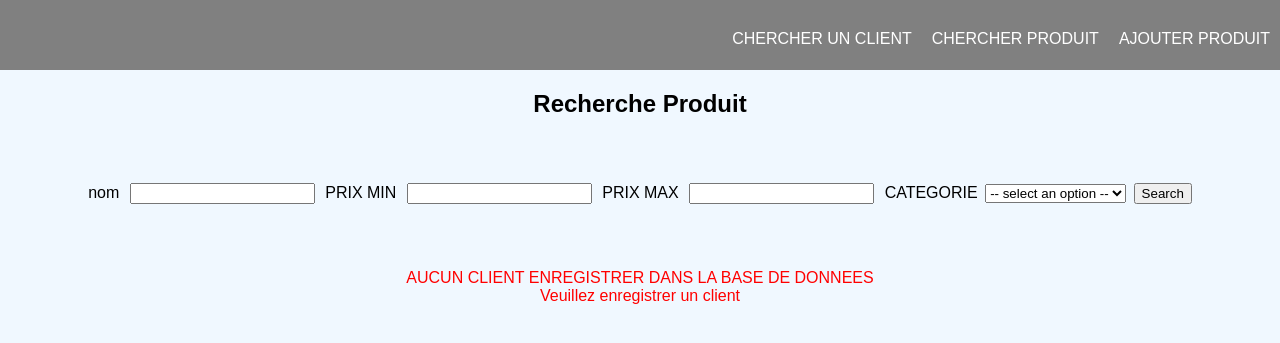
Repository: ahthionkevin/first-ecommerce-website
Page: http://localhost/listProduct.php
An editor plug-in stored every save of this project. The page is shown before and after the next save, followed by the edit.
The browser window is 1280 px wide. The pictures show the whole page.
The page is run by PHP 8.4 with error messages shown; the project is at /var/www/html/. Queries for data that is not in the repository find no rows.

Above is the page before, as saved 2021-06-16 09:18:59.

### Cote_Serveur/listProduct.php
<!DOCTYPE html>
<html lang="en">
<head>
    <meta charset="UTF-8">
    <meta http-equiv="X-UA-Compatible" content="IE=edge">
    <meta name="viewport" content="wnomth=device-wnomth, initial-scale=1.0">
    <link rel="stylesheet" href="style1.css">
    <title>Document</title>
</head>
<body>
    <?php
        require("header.php");
    ?>

    <h2>Recherche Produit</h2>
    <form action="indexProduct.php" method="post">
        <label for="nom">nom</label>
        <input type="text" name="nom" id="nom">

        <label for="min">PRIX MIN</label>
        <input type="text" name="min" id="min">

        <label for="max">PRIX MAX</label>
        <input type="text" name="max" id="max">

        <label for="categorie">CATEGORIE</label>
        <select name="categorie" id="catgorie">
            <option disabled selected value> -- select an option -- </option>
            <option value="ordinateur">ordinateur</option>
            <option value="telephone">telephone</option>
            <option value="divers">divers</option>
        </select>

        <input type="submit" value="Search" name="search">
    </form>

    <?php
        if(isset($_POST['search']))
        {
            define("MYHOST","localhost");
            define("MYUSER","root");
            define("MYPASS","");
            $db="magasin";

            $nomcom=@mysqli_connect(MYHOST,MYUSER,MYPASS,$db);

            if(isset($_POST['nom']) && !empty($_POST['nom']))
            {

                if(isset($_POST['min']) && !empty($_POST['min']))
                {

                    if(isset($_POST['max']) && !empty($_POST['max']))
                    {
                        if(isset($_POST['categorie']) && !empty($_POST['categorie']))
                        {
                            $nom=$_POST['nom'];
                            $min=$_POST['min'];
                            $max=$_POST['max'];
                            $categorie=$_POST['categorie'];
                            $sql="SELECT * FROM article WHERE nom=\"$nom\" AND prix>=\"$min\" AND prix<=\"$max\" AND categorie=\"$categorie\"";
                        }
                        else
                        {
                            $nom=$_POST['nom'];
                            $min=$_POST['min'];
                            $max=$_POST['max'];
                            $sql="SELECT * FROM article WHERE nom=\"$nom\" AND prix>=\"$min\" AND prix<=\"$max\"";
                        }
                    }
                    else
                    {
                        if(isset($_POST['categorie']) && !empty($_POST['categorie']))
                        {
                            $nom=$_POST['nom'];
                            $min=$_POST['min'];
                            $categorie=$_POST['categorie'];
                            $sql="SELECT * FROM article WHERE nom=\"$nom\" AND prix>=\"$min\" AND categorie=\"$categorie\"";
                        }
                        else
                        {
                            $nom=$_POST['nom'];
                            $min=$_POST['min'];
                            $sql="SELECT * FROM article WHERE nom=\"$nom\" AND prix>=\"$min\"";
                        }
                    }
                }
                else
                {
                    if(isset($_POST['max']) && !empty($_POST['max']))
                    {
                        if(isset($_POST['categorie']) && !empty($_POST['categorie']))
                        {
                            $nom=$_POST['nom'];
                            $max=$_POST['max'];
                            $categorie=$_POST['categorie'];
                            $sql="SELECT * FROM article WHERE nom=\"$nom\" AND prix<=\"$max\" AND categorie=\"$categorie\"";
                        }
                        else
                        {
                            $nom=$_POST['nom'];
                            $max=$_POST['max'];
                            $sql="SELECT * FROM article WHERE nom=\"$nom\" AND prix<=\"$max\"";
                        }
                    }
                    else
                    {
                        if(isset($_POST['categorie']) && !empty($_POST['categorie']))
                        {
                            $nom=$_POST['nom'];
                            $categorie=$_POST['categorie'];
                            $sql="SELECT * FROM article WHERE nom=\"$nom\" AND categorie=\"$categorie\"";
                        }
                        else
                        {
                            $nom=$_POST['nom'];
                            $sql="SELECT * FROM article WHERE nom=\"$nom\"";
                        }
                    }
                }
            }
            else
            {
                if(isset($_POST['min']) && !empty($_POST['min']))
                {

                    if(isset($_POST['max']) && !empty($_POST['max']))
                    {
                        if(isset($_POST['categorie']) && !empty($_POST['categorie']))
                        {
                            $min=$_POST['min'];
                            $max=$_POST['max'];
                            $categorie=$_POST['categorie'];
                            $sql="SELECT * FROM article WHERE prix>=\"$min\" AND prix<=\"$max\" AND categorie=\"$categorie\"";
                        }
                        else
                        {
                            $min=$_POST['min'];
                            $max=$_POST['max'];
                            $sql="SELECT * FROM article WHERE prix>=\"$min\" AND prix<=\"$max\"";
                        }
                    }
                    else
                    {
                        if(isset($_POST['categorie']) && !empty($_POST['categorie']))
                        {
                            $min=$_POST['min'];
                            $categorie=$_POST['categorie'];
                            $sql="SELECT * FROM article WHERE prix>=\"$min\" AND categorie=\"$categorie\"";
                        }
                        else
                        {
                            $min=$_POST['min'];
                            $sql="SELECT * FROM article WHERE prix>=\"$min\"";
                        }
                    }
                }
                else
                {
                    if(isset($_POST['max']) && !empty($_POST['max']))
                    {
                        if(isset($_POST['categorie']) && !empty($_POST['categorie']))
                        {
                            $max=$_POST['max'];
                            $categorie=$_POST['categorie'];
                            $sql="SELECT * FROM article WHERE prix<=\"$max\" AND categorie=\"$categorie\"";
                        }
                        else
                        {
                            $max=$_POST['max'];
                            $sql="SELECT * FROM article WHERE nom=\"$nom\" AND prix<=\"$max\"";
                        }
                    }
                    else
                    {
                        if(isset($_POST['categorie']) && !empty($_POST['categorie']))
                        {
                            $categorie=$_POST['categorie'];
                            $sql="SELECT * FROM article WHERE categorie=\"$categorie\"";
                        }
                        else
                        {
                            $nom=$_POST['nom'];
                            $sql="SELECT * FROM article";
                        }
                    }
                }
            }





            $result=@mysqli_query($nomcom,$sql);

            $coord=@mysqli_fetch_row($result);

            if(empty($coord))
                echo "<p class=\"red\">PRODUIT N EXISTE PAS</p>";
            else
            {

                echo "<h2>LISTE DES PRODUITS</h2>";

                while($coord=mysqli_fetch_row($result))
                {

                    echo "<div>
                    <h3>$coord[1]</h3>
                    <p>$coord[2]</p>
                    <p>$coord[3] dhs</p>
                    <p>$coord[4]</p>
                    <p><a href=\"showProduct.php?idProduct=$coord[0]\">Voir</a></p>
                    </div>";

                }


             }

        }

        else
        {
            define("MYHOST","localhost");
            define("MYUSER","root");
            define("MYPASS","");
            $db="magasin";

            $nomcom=@mysqli_connect(MYHOST,MYUSER,MYPASS,$db);
            $sql="SELECT DISTINCT categorie FROM article";


            $result=@mysqli_query($nomcom,$sql);

            $coord=@mysqli_fetch_row($result);


            if(empty($coord))
                echo "<p class=\"red\">AUCUN CLIENT ENREGISTRER DANS LA BASE DE DONNEES<br>Veuillez enregistrer un client</p>";
            else
            {

                echo "<h2>LISTE DES PRODUITS</h2>";
                echo "<table border=\"3\" cellspacing=\"0\" cellpadding=\"10\" align=\"center\" wnomth=\"100%\">
                <tr>
                <th>nom</th>
                <th>designation</th>
                <th>Prix</th>
                <th>Categorie</th>
                <th>Option</th>
                </tr>";

                echo "<tr>
                <td>$coord[1]</td>
                <td>$coord[2]</td>
                <td>$coord[3] dhs</td>
                <td>$coord[4]</td>
                <td><a href=\"showProduct.php?idProduct=$coord[0]\">Voir</a> | <a href=\"deleteProduct.php?idProduct=$coord[0]\">Supprimer</a></td>
                </tr>";

                while($coord=mysqli_fetch_row($result))
                {

                    echo "<tr>
                    <td>$coord[1]</td>
                    <td>$coord[2]</td>
                    <td>$coord[3] dhs</td>
                    <td>$coord[4]</td>
                    <td><a href=\"showProduct.php?idProduct=$coord[0]\">Voir</a> | <a href=\"deleteProduct.php?idProduct=$coord[0]\">Supprimer</a></td>
                    </tr>";

                }

                echo '</table>';

        }}
    ?>
</body>
</html>

### Cote_Serveur/header.php
<header>
    <nav>
        <a href="addProductView.php" class="link">AJOUTER PRODUIT</a>
        <a href="indexPRoduct.php" class="link">CHERCHER PRODUIT</a>
        <a href="index.php" class="link">CHERCHER UN CLIENT</a>
    </nav>
</header>

### Cote_Serveur/style1.css

*{
    margin: 0px;
    font-family: "Century Gothic",sans-serif;
}
form{
    margin:50px auto;
    text-align: center;
    padding: 10px;


}
form.read{
    width: 35%;
    height: 300px;
    background-color: rgba(100,110,100,0.75);
    border-radius: 20px;
    box-shadow: black 0px 3px 5px;
}
body{
    margin: 0px;
    padding:0px;
    background-color: aliceblue;
    /*background-image: url(./bg.jpg);
    background-size: cover;*/
}
table{
    margin:10px auto;
}
td{
   text-align: center;

}
label,input
{
    margin:5px 3px;
}
h2{
    text-align: center;
    padding-top: 20px;
}
.red{
    color: red;
}
header{

    background-color: gray;
    height: 50px;
    padding-top: 20px;
}

a.link{
    text-decoration: none;
    font-size: 16px;
    color: white;
    text-align: right;
    margin: 10px;
    float: right;
}
a.link:hover{
    color: black;
}
input.sign{
    padding:3px 7px;
    display: inline-block;
    width: 230px;
    height: 20px;
    font-size: 16px;
}
p.red{
    text-align: center;
}

After the next save:
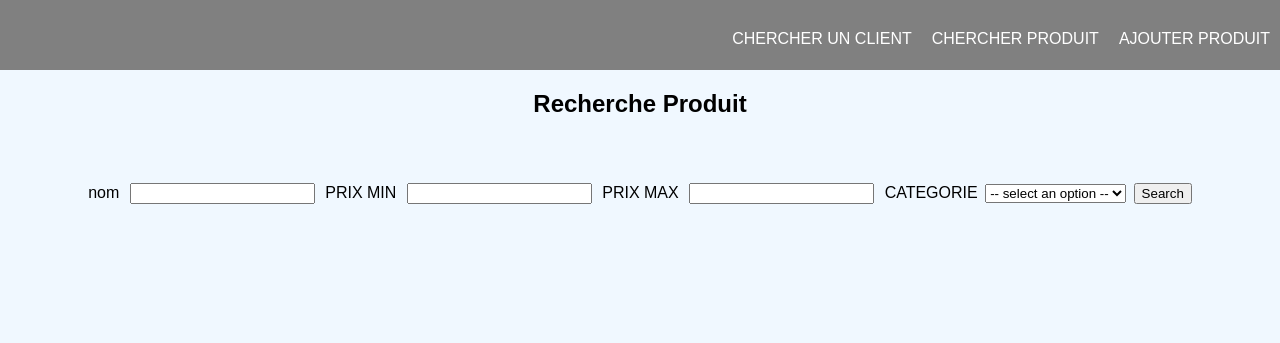
Saved 4 min 54 s later.
--- a/Cote_Serveur/listProduct.php
+++ b/Cote_Serveur/listProduct.php
@@ -233,48 +233,15 @@
 
             $result=@mysqli_query($nomcom,$sql);
 
-            $coord=@mysqli_fetch_row($result);
-
-
-            if(empty($coord))
-                echo "<p class=\"red\">AUCUN CLIENT ENREGISTRER DANS LA BASE DE DONNEES<br>Veuillez enregistrer un client</p>";
-            else
-            {
-
-                echo "<h2>LISTE DES PRODUITS</h2>";
-                echo "<table border=\"3\" cellspacing=\"0\" cellpadding=\"10\" align=\"center\" wnomth=\"100%\">
-                <tr>
-                <th>nom</th>
-                <th>designation</th>
-                <th>Prix</th>
-                <th>Categorie</th>
-                <th>Option</th>
-                </tr>";
-
-                echo "<tr>
-                <td>$coord[1]</td>
-                <td>$coord[2]</td>
-                <td>$coord[3] dhs</td>
-                <td>$coord[4]</td>
-                <td><a href=\"showProduct.php?idProduct=$coord[0]\">Voir</a> | <a href=\"deleteProduct.php?idProduct=$coord[0]\">Supprimer</a></td>
-                </tr>";
-
-                while($coord=mysqli_fetch_row($result))
-                {
-
-                    echo "<tr>
-                    <td>$coord[1]</td>
-                    <td>$coord[2]</td>
-                    <td>$coord[3] dhs</td>
-                    <td>$coord[4]</td>
-                    <td><a href=\"showProduct.php?idProduct=$coord[0]\">Voir</a> | <a href=\"deleteProduct.php?idProduct=$coord[0]\">Supprimer</a></td>
-                    </tr>";
-
-                }
-
-                echo '</table>';
-
-        }}
+
+            while($coord=mysqli_fetch_row($result))
+            {
+                print_r($coord);
+            }
+
+
+
+        }
     ?>
 </body>
 </html>
